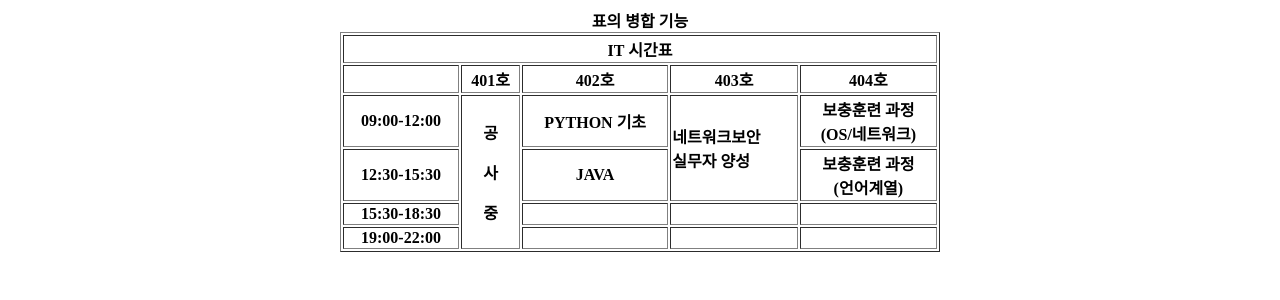
Repository: thswlsqls/JspWorkspace
Page: html/quiz_time.html
These files come from the project's save history. The page is drawn as it stood at one moment and after the next save; the edit follows.
The browser window is 1280 px wide. The pictures show the whole page.

Above is the page before, as saved 2021-04-09 08:39:09.

After the next save:
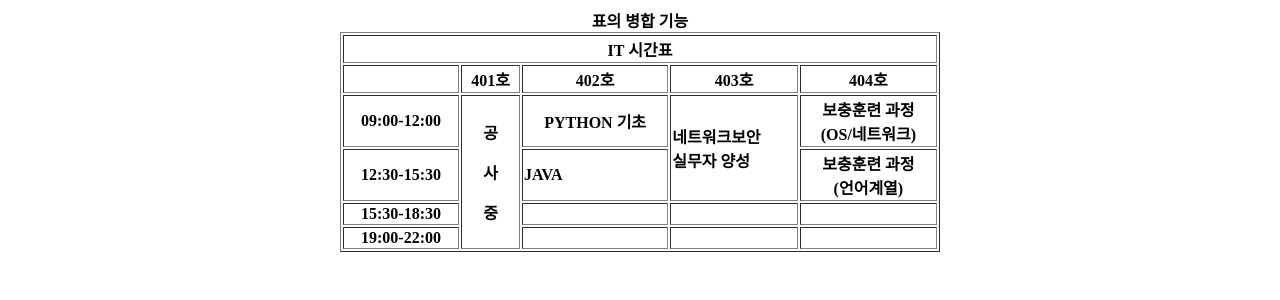
Saved 12 s later.
--- a/html/quiz_time.html
+++ b/html/quiz_time.html
@@ -17,7 +17,7 @@
 			<th align="center">09:00-12:00</th><th rowspan="4"><p>공</p><p>사</p><p>중</p></th><th>PYTHON 기초</th><th rowspan="2" align="left">네트워크보안<br>실무자 양성</th><th>보충훈련 과정<br>(OS/네트워크)</th>
 		</tr>
 		<tr>
-			<th align="center">12:30-15:30</th><th>JAVA</th><th>보충훈련 과정<br>(언어계열)</th>
+			<th align="center">12:30-15:30</th><th align="left">JAVA</th><th>보충훈련 과정<br>(언어계열)</th>
 		</tr>
 		<tr>
 			<th align="center">15:30-18:30</th><th></th><th></th><th></th>
